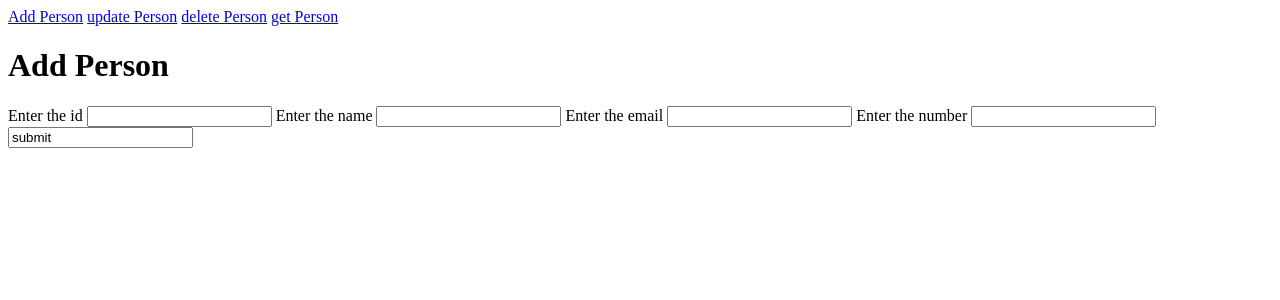
Repository: Anandnand/Web-Application
Page: http://localhost/AddPerson
These files come from the project's save history. The page is drawn as it stood at one moment and after the next save; the edit follows.
The browser window is 1280 px wide. The pictures show the whole page.
The page is this project's Thymeleaf template; nobody is signed in. The template is opened directly, without the code that normally fills it, so the values that code supplies are empty.

Above is the page before, as saved 2024-03-25 11:07:24.

After the next save:
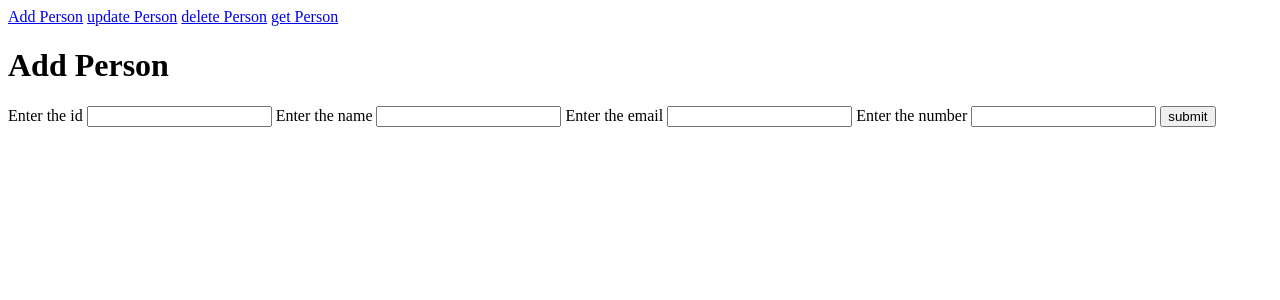
Saved 60 s later.
--- a/Student/src/main/resources/templates/AddPerson.html
+++ b/Student/src/main/resources/templates/AddPerson.html
@@ -28,7 +28,7 @@
     <input type="text"  name="email"  class="add" />
     <label>Enter the number</label>
     <input type="text"  name="number"  class="add" />
-    <input type="sumbit" name="submit" value="submit"/>
+    <input type="submit" name="submit" value="submit"/>
 	</form>
 	</div>
 
